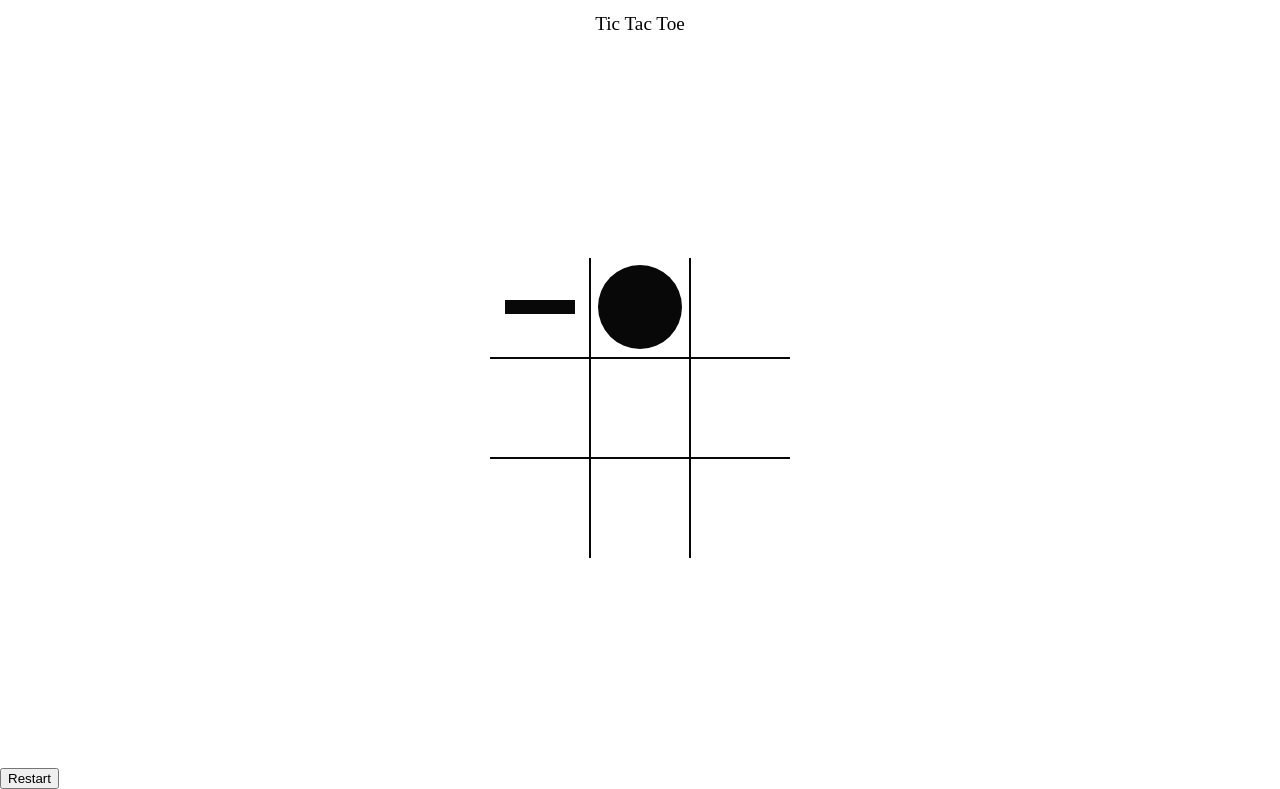
Repository: kkyler24/MCLA
Page: devFiles/TictactoeFiles/ticTacToe.html
These files come from the project's save history. The page is drawn as it stood at one moment and after the next save; the edit follows.
The browser window is 1280 px wide. The pictures show the whole page.

Above is the page before, as saved 2020-04-17 15:27:34.

After the next save:
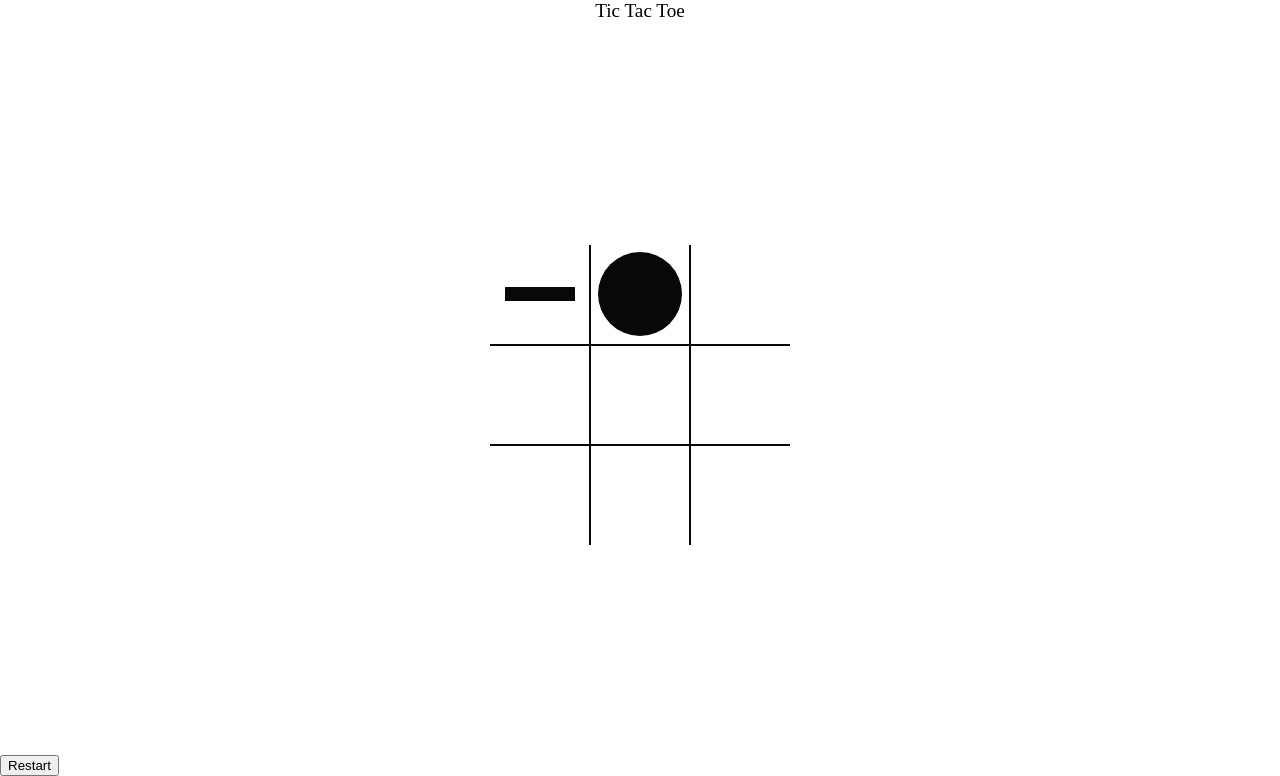
Saved 26 s later.
--- a/devFiles/TictactoeFiles/tictactoe.css
+++ b/devFiles/TictactoeFiles/tictactoe.css
@@ -8,6 +8,7 @@
 }
 
 h1{
+    margin-top: auto;
     text-align: center;
     font-size: larger;
     font-weight: 100;
